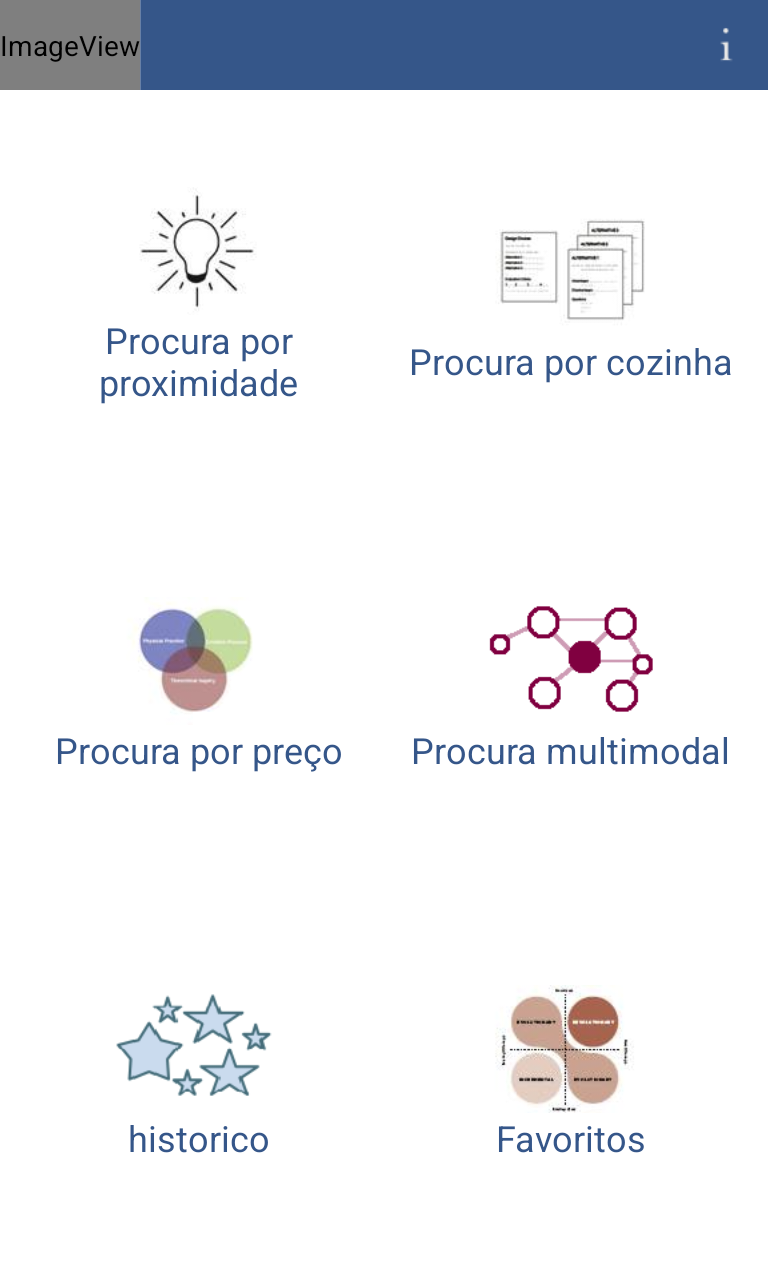
Repository: joaoA/ihc
Layout: spotilicious/res/layout/activity_home.xml
These files come from the project's save history. The layout is drawn as it stood at one moment and after the next save; the edit follows.
Pictures or frames that could not be fetched are drawn as grey boxes. It is drawn on a 768 x 1280 px phone screen (xhdpi) without system bars, with theme Theme.D1; the app's code is not run.

Above is the layout before, as saved 2012-05-15 23:47:00.

After the next save:
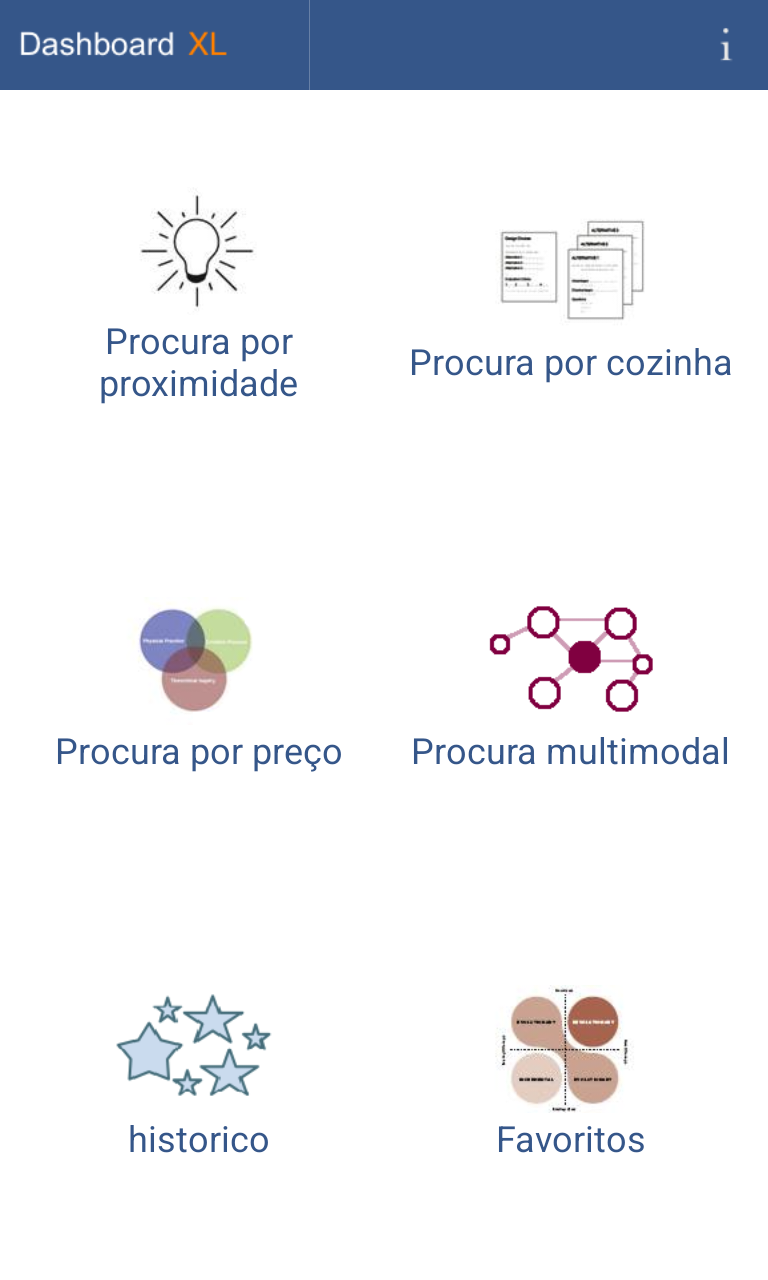
Saved 11 s later.
--- a/spotilicious/res/drawable/title_logo.xml
+++ b/spotilicious/res/drawable/title_logo.xml
@@ -14,3 +14,9 @@
     See the License for the specific language governing permissions and
     limitations under the License.
 -->
+<selector xmlns:android="http://schemas.android.com/apk/res/android">
+    <item android:state_focused="true" android:state_pressed="true" android:drawable="@drawable/title_logo_pressed"/>
+    <item android:state_focused="false" android:state_pressed="true" android:drawable="@drawable/title_logo_pressed"/>
+    <item android:state_focused="true" android:drawable="@drawable/title_logo_selected"/>
+    <item android:state_focused="false" android:state_pressed="false" android:drawable="@drawable/title_logo_default"/>
+</selector>
